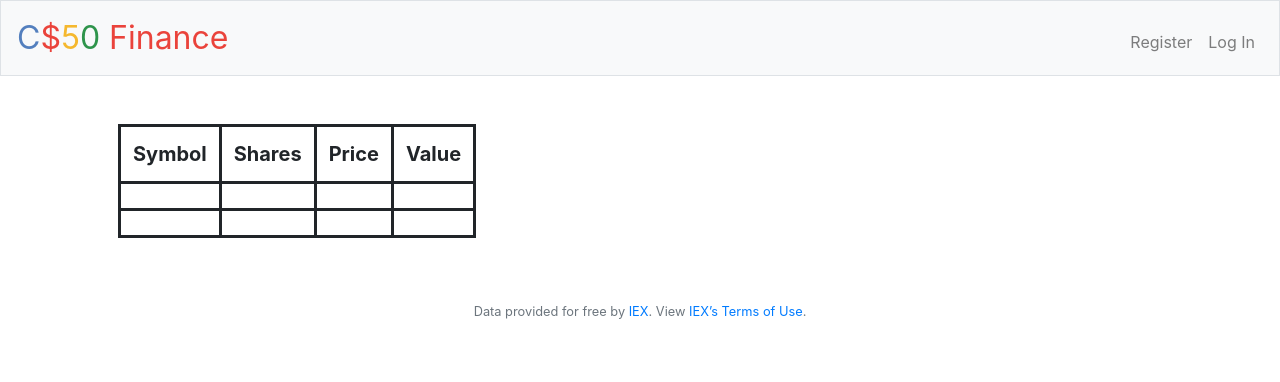
Repository: Mackeyrw/gitTest-CS50
Page: pset8/finance/templates/index.html
The author's editor kept a record of every edit. The page is drawn from the files as they stood at one moment, then again after the next edit.
The browser window is 1280 px wide. The pictures show the whole page.
The template is drawn by Flask 3. The application's start-up code is not run. Other server files are loaded and not shown. The template is opened directly, without the code that normally fills it, so the values that code supplies are empty.

Above is the page before.

### pset8/finance/templates/index.html
{% extends "layout.html" %}

{% block title %}
    Index
{% endblock %}

{% block main %}
    <div class=table>
        <table>
            <tr class=header>
                <td>Symbol</td><td>Shares</td><td>Price</td><td>Value</td>
            </tr>
            {% for row in rows %}
            <tr>

                <td>{{ row[0] }}</td><td>{{ row[1] }}</td><td>{{ row[2] }}</td><td>{{ row[3] }}</td>

            </tr>
             {% endfor %}
             <tr>
                 <td></td><td></td><td></td><td></td>
             </tr>
             <tr>
                 <td></td><td></td><td></td><td></td>
             </tr>
        </table>
    </div>
{% endblock %}

### pset8/finance/templates/layout.html
<!DOCTYPE html>

<html lang="en">

    <head>

        <!-- Required meta tags -->
        <meta charset="utf-8">
        <meta name="viewport" content="width=device-width, initial-scale=1, shrink-to-fit=no">

        <!-- documentation at http://getbootstrap.com/docs/4.1/, alternative themes at https://bootswatch.com/ -->
        <link href="https://maxcdn.bootstrapcdn.com/bootstrap/4.1.3/css/bootstrap.min.css" rel="stylesheet">

        <!-- https://favicon.io/emoji-favicons/money-mouth-face/ -->
        <link href="/static/favicon.ico" rel="icon">

        <link href="/static/styles.css" rel="stylesheet">

        <script src="https://code.jquery.com/jquery-3.3.1.min.js"></script>
        <script src="https://cdnjs.cloudflare.com/ajax/libs/popper.js/1.14.3/umd/popper.min.js"></script>
        <script src="https://maxcdn.bootstrapcdn.com/bootstrap/4.1.3/js/bootstrap.min.js"></script>

        <title>C$50 Finance: {% block title %}{% endblock %}</title>

    </head>

    <body>

        <nav class="navbar navbar-expand-md navbar-light bg-light border">
            <a class="navbar-brand" href="/"><span class="blue">C</span><span class="red">$</span><span class="yellow">5</span><span class="green">0</span> <span class="red">Finance</span></a>
            <button aria-controls="navbar" aria-expanded="false" aria-label="Toggle navigation" class="navbar-toggler" data-target="#navbar" data-toggle="collapse" type="button">
                <span class="navbar-toggler-icon"></span>
            </button>
            <div class="collapse navbar-collapse" id="navbar">
                {% if session.user_id %}
                    <ul class="navbar-nav mr-auto mt-2">
                        <li class="nav-item"><a class="nav-link" href="/quote">Quote</a></li>
                        <li class="nav-item"><a class="nav-link" href="/buy">Buy</a></li>
                        <li class="nav-item"><a class="nav-link" href="/sell">Sell</a></li>
                        <li class="nav-item"><a class="nav-link" href="/history">History</a></li>
                        <li class="nav-item"><a class="nav-link" href="/add">Add Cash</a></li>
                    </ul>
                    <ul class="navbar-nav ml-auto mt-2">
                        <li class="nav-item"><a class="nav-link" href="/logout">Log Out</a></li>
                    </ul>
                {% else %}
                    <ul class="navbar-nav ml-auto mt-2">
                        <li class="nav-item"><a class="nav-link" href="/register">Register</a></li>
                        <li class="nav-item"><a class="nav-link" href="/login">Log In</a></li>
                    </ul>
                {% endif %}
            </div>
        </nav>

        {% if get_flashed_messages() %}
            <header>
                <div class="alert alert-primary border text-center" role="alert">
                    {{ get_flashed_messages() | join(" ") }}
                </div>
            </header>
        {% endif %}

        <main class="container p-5">
            {% block main %}{% endblock %}
        </main>

        <footer class="small text-center text-muted">
            Data provided for free by <a href="https://iextrading.com/developer">IEX</a>. View <a href="https://iextrading.com/api-exhibit-a/">IEX’s Terms of Use</a>.
        </footer>

    </body>

</html>

### pset8/finance/static/styles.css
nav .navbar-brand
{
    /* size for brand */
    font-size: xx-large;
}

/* colors for brand */
nav .navbar-brand .blue
{
    color: #537fbe;
}
nav .navbar-brand .red
{
    color: #ea433b;
}
nav .navbar-brand .yellow
{
    color: #f5b82e;
}
nav .navbar-brand .green
{
    color: #2e944b;
}

main .form-control
{
    /* center form controls */
    display: inline-block;

    /* override Bootstrap's 100% width for form controls */
    width: auto;
}

main
{
    /* scroll horizontally as needed */
    overflow-x: auto;

    /* center contents */
    text-align: center;
}

main img
{
    /* constrain images on small screens */
    max-width: 100%;
}

.quoted
{
    font-size: 30px;
    color: darkblue;
    font-weight: bold;
}

.table table tr td
{
    border: solid;
    text-align: center;
}

.header
{
    font-size: 20px;
    font-weight: bold;
}

After the next edit:
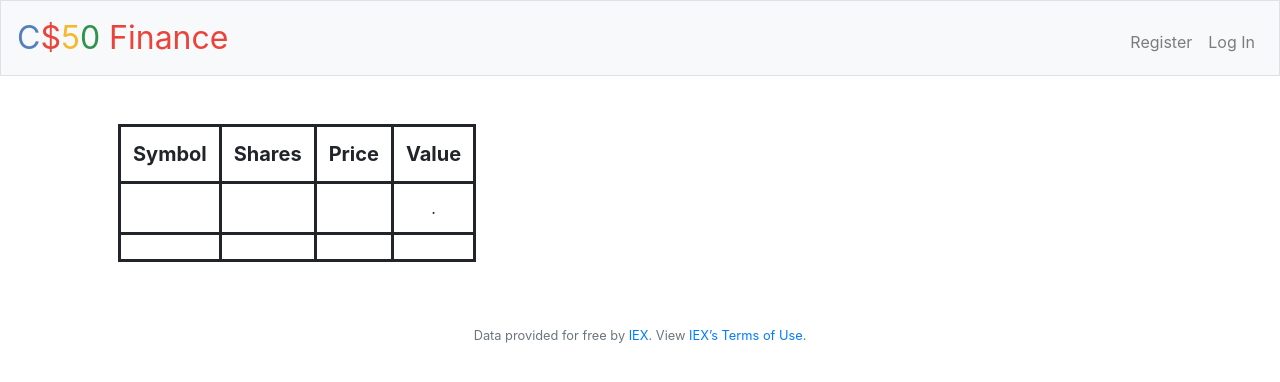
The edit:
--- a/pset8/finance/templates/index.html
+++ b/pset8/finance/templates/index.html
@@ -18,7 +18,7 @@
             </tr>
              {% endfor %}
              <tr>
-                 <td></td><td></td><td></td><td></td>
+                 <td></td><td></td><td></td><td>.  </td>
              </tr>
              <tr>
                  <td></td><td></td><td></td><td></td>
